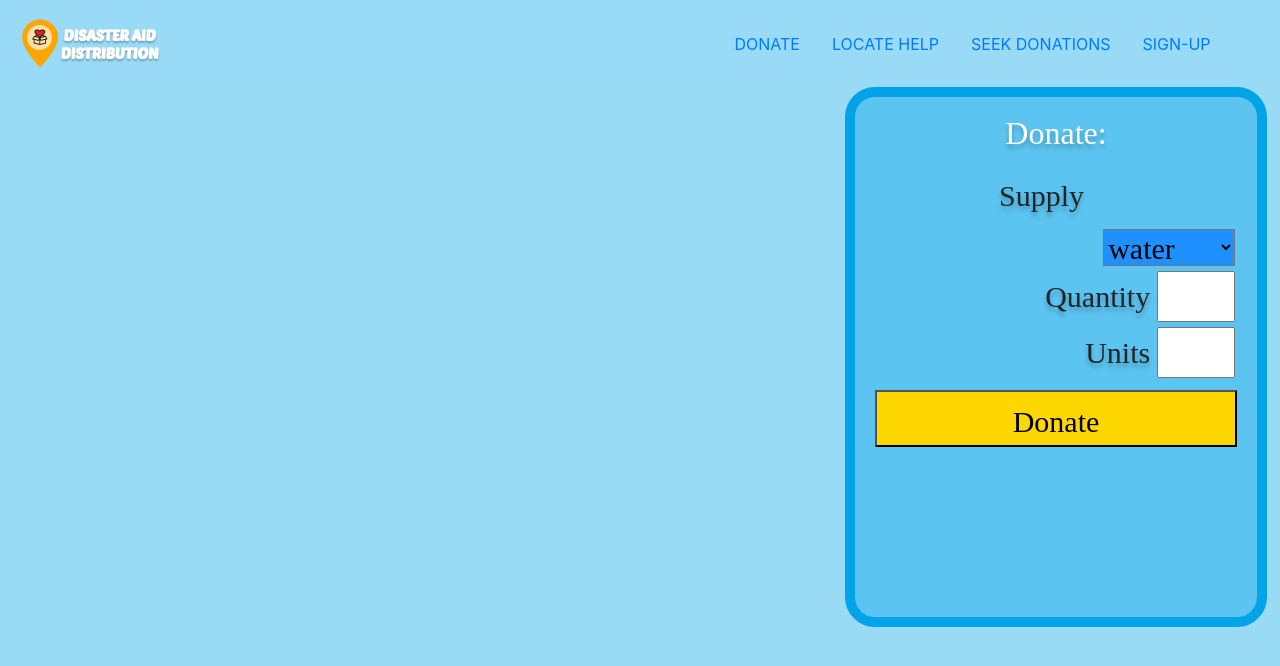
Repository: uprm-inso-4115-2019-2020-S2/semester-project-inso4115-DisasterAid-backend
Page: /donate-modal (app in disaster-aid/)
An editor plug-in stored every save of this project. The page is shown before and after the next save, followed by the edit.
The browser window is 1280 px wide. The pictures show the whole page.
The project was rebuilt for these pictures with package versions that can differ from the ones it lists, and the page was loaded fresh each time. Also part of the build but not shown: disaster-aid/angular.json, disaster-aid/src/app/login/login.component.ts, disaster-aid/src/app/register/register.component.ts, disaster-aid/src/app/home/home.component.ts, disaster-aid/src/app/landing-page/landing-page.component.ts, disaster-aid/src/app/donations/donations.component.ts, disaster-aid/src/app/donations.service.ts.

Above is the page before, as saved 2020-05-09 02:08:06.

### disaster-aid/src/index.html
<!doctype html>
<html lang="en">
<head>
  <meta charset="utf-8">
  <title>DisasterAid</title>
  <base href="/">
  <meta name="viewport" content="width=device-width, initial-scale=1">
  <link rel="icon" type="image/x-icon" href="favicon.ico">
</head>
<body>
  <app-root></app-root>
</body>
</html>

### disaster-aid/src/styles.css
/* You can add global styles to this file, and also import other style files */

html { background-color:rgba(2, 163, 232, 0.4); }

### disaster-aid/src/app/app.module.ts
import { BrowserModule } from '@angular/platform-browser';
import { NgModule } from '@angular/core';
import { FormsModule, ReactiveFormsModule } from '@angular/forms';



import { AppRoutingModule } from './app-routing.module';
import { AppComponent } from './app.component';
import { RegisterComponent } from './register/register.component';
import { LoginComponent } from './login/login.component';
import { HttpClientModule } from '@angular/common/http';
import { HomeComponent } from './home/home.component'
import { UserApiService } from './userapi.service';
import { LandingPageComponent } from './landing-page/landing-page.component';
import { DonationsComponent } from './donations/donations.component';
import { DonateModalComponent } from './donate-modal/donate-modal.component';


@NgModule({
  declarations: [
    AppComponent,
    RegisterComponent,
    LoginComponent,
    HomeComponent,
    LandingPageComponent,
    DonationsComponent,
    DonateModalComponent,
  ],
  imports: [
    BrowserModule,
    AppRoutingModule,
    FormsModule,
    ReactiveFormsModule,
    HttpClientModule
  ],
  providers: [UserApiService],
  bootstrap: [AppComponent]
})
export class AppModule { }

### disaster-aid/src/app/app-routing.module.ts
import { NgModule } from '@angular/core';
import { Routes, RouterModule } from '@angular/router';
import {LoginComponent} from './login/login.component';
import { RegisterComponent } from './register/register.component';
import { HomeComponent } from './home/home.component';
import { LandingPageComponent } from './landing-page/landing-page.component';
import { DonationsComponent } from './donations/donations.component';
import { DonateModalComponent} from './donate-modal/donate-modal.component';


const routes: Routes = [
  { path: '', redirectTo: '/landing_page', pathMatch: 'full'}, //Make home the default landing page
  { path: 'register', component: RegisterComponent},
  { path: 'login', component: LoginComponent },
  { path: 'home', component: HomeComponent},
  { path: 'landing_page', component: LandingPageComponent },
  { path: 'my-donations', component: DonationsComponent },
  { path: 'donate-modal', component: DonateModalComponent},

];

@NgModule({
  imports: [RouterModule.forRoot(routes)],
  exports: [RouterModule]
})
export class AppRoutingModule { }

### disaster-aid/src/app/app.component.ts
import { Component } from '@angular/core';

@Component({
  selector: 'app-root',
  templateUrl: './app.component.html',
  styleUrls: ['./app.component.css']
})
export class AppComponent {
  title = 'disaster-aid';
}

### disaster-aid/src/app/userapi.service.ts
import { Injectable } from '@angular/core';
import { HttpClient, HttpErrorResponse, HttpHeaders } from '@angular/common/http';
import { User } from './user';
import { Observable, throwError } from 'rxjs';
import { catchError } from 'rxjs/operators';


@Injectable({
  providedIn: 'root'
})
export class UserApiService {

  constructor(private httpClient:HttpClient) { }

  private _handleError(error: HttpErrorResponse | any) {
    let data = {};
                data = {
                    reason: error && error.error.reason ? error.error.reason : '',
                    status: error.status
                };
                console.error(data);
                return throwError(error);
  }

    public server:String = " http://localhost:5000/";

   public getUsers() : Observable<User[]> {
     return this.httpClient
     .get<User[]>(this.server + "DAD/users")
     .pipe(catchError (this._handleError));
   }

   public getUser(userID : String): Observable<User> {
    return this.httpClient
    .get<User>(this.server + `DAD/users/${userID}`)
    .pipe(catchError (this._handleError));
  }

  public createUser(user: User): Observable<any> {

    const httpOptions = {
      headers: new HttpHeaders ({
        'Content-Type':'application/json',
        'Accept': 'application/json'
      })
    };
    return this.httpClient
    .post(this.server + "DAD/users", user, httpOptions)
    .pipe(catchError (this._handleError));;
  }


}

### disaster-aid/src/app/donate-modal/donate-modal.component.ts
import { Component, OnInit } from '@angular/core';

@Component({
  selector: 'app-donate-modal',
  templateUrl: './donate-modal.component.html',
  styleUrls: ['./donate-modal.component.css']
})
export class DonateModalComponent implements OnInit {

  constructor() { }

  ngOnInit(): void {
  }

}

### disaster-aid/src/app/donate-modal/donate-modal.component.html
<nav class="navbar navbar-light" style="background-color: rgba(2, 163, 232, 0.4);">
    <a class="navbar-brand mr-1" href="#"><img src="/assets/DAD_logo.png" style="width: 50%;"></a>
    <ul class="nav navbar-justified navbar-right ml-auto" style="margin-right: 3%;">
        <li class="nav-item">
            <a class="nav-link menuItem" routerLink="/my-donations"  >DONATE</a>
        </li>
        <li class="nav-item">
            <a class="nav-link menuItem"  href="#">LOCATE HELP</a>
        </li>
        <li class="nav-item">
            <a class="nav-link menuItem" href="#">SEEK DONATIONS</a>
        </li>
        <li class="nav-item">
            <a class="nav-link menuItem"  routerLink="/register" routerLinkActive="active">SIGN-UP</a>
        </li>
    </ul>
</nav>

<div class="donateBox">
    <p style="font-size: xx-large; text-align: center; padding-top: 3%; color: white;">Donate:</p>
    <!-- <form [formGroup]="loginForm" (ngSubmit)="onSubmit(loginForm.value)"> -->
        <div style="text-align: right; padding-right: 22px;">
            <div>
                <label for="Supply" style="padding-right: 7px; width:100%;
                text-align:center;">Supply</label>
                <select id="supply" name="supply" class="select">
                    <option value="water">water</option>
                    <option value="food">food</option>
                    <option value="medicine">medicine</option>
                    <option value="clothing">clothing</option>

                </select>
            </div>
            <div>
                <label for="quantity" style="padding-right: 7px;">Quantity</label>
                <input type="number" id="quantity" name="quantity" min="1" max="5">
            </div>
            <div>
                <label for="units" style="padding-right: 7px;">Units</label>
                <input type="number" id="quantity" name="quantity" min="1" max="5">
            </div>
        </div>

        <div style="text-align: center;  padding-top: 7px;">
            <button class="donateButton" type="submit">Donate</button>
        </div>
    <!-- </form> -->

    <!-- <div style="text-align: center; padding-top: 5px; font-size: large;">
        <label style="color: white; padding-right: 5px;">Don't have an account?</label>
        <a routerLink="/register" routerLinkActive="active" style="color:#FFBC40 ;">Sign up</a>
    </div> -->

</div>

### disaster-aid/src/app/donate-modal/donate-modal.component.css
.donateBox {
    position: absolute;
    width: 33%;
    height: 75%;
    left: 66%;
    /* right: 10%;
    top: 10%; */

    background: rgba(2, 163, 232, 0.4);
    border: 10px solid #02A3E8;
    border-radius: 30px;
    font-family: 'Fredoka One', cursive;
    font-family: 'Gochi Hand', cursive;
    text-shadow: 0px 4px 4px rgba(0, 0, 0, 0.25);
    font-size: 30px;
}


.donateButton{
    text-align: center;
    padding-top: 7px;
    background: gold;
    width: 90%;
    /* font-size:30px */
}

.select{
    background-color: dodgerblue;
    /* display: none; */
    position: relative;
    font-family: 'Gochi Hand', cursive;
}

Loaded but not shown: disaster-aid/src/main.ts (common file); disaster-aid/src/environments/environment.ts (common file); disaster-aid/src/app/app.component.html (common file); disaster-aid/src/app/app.component.css (no stored copy; drawn as an empty file)

After the next save:
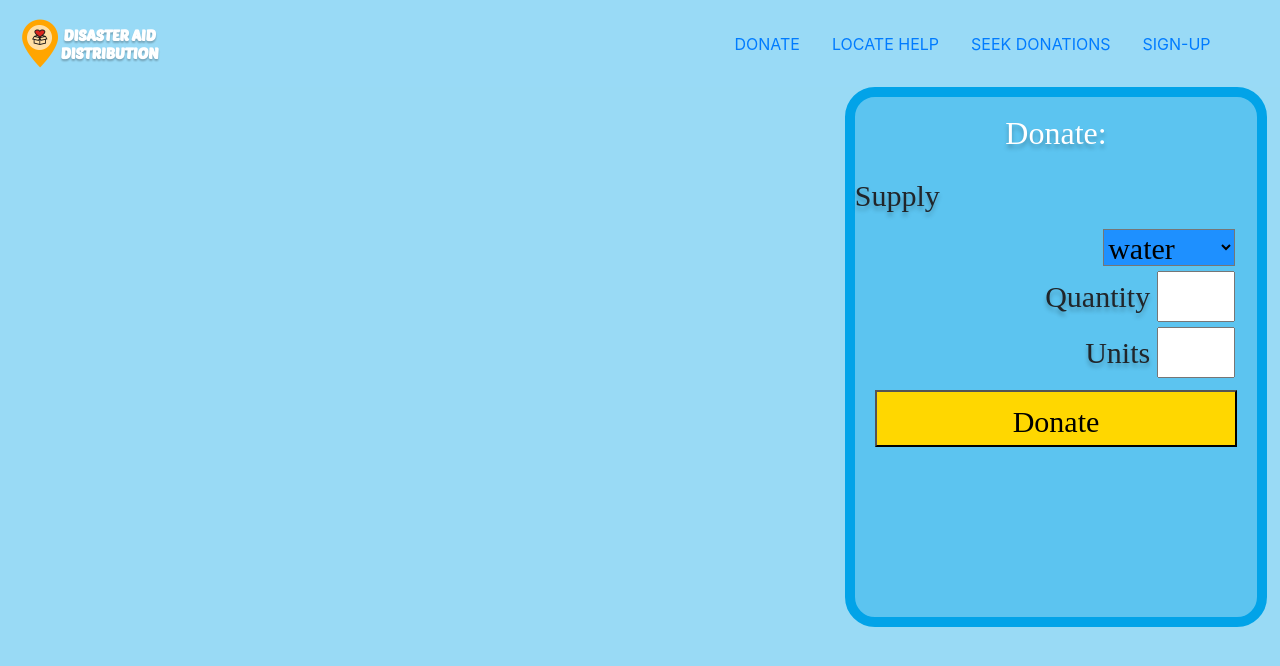
Saved 6 s later.
--- a/disaster-aid/src/app/donate-modal/donate-modal.component.html
+++ b/disaster-aid/src/app/donate-modal/donate-modal.component.html
@@ -22,7 +22,7 @@
         <div style="text-align: right; padding-right: 22px;">
             <div>
                 <label for="Supply" style="padding-right: 7px; width:100%;
-                text-align:center;">Supply</label>
+                text-align:left;">Supply</label>
                 <select id="supply" name="supply" class="select">
                     <option value="water">water</option>
                     <option value="food">food</option>
